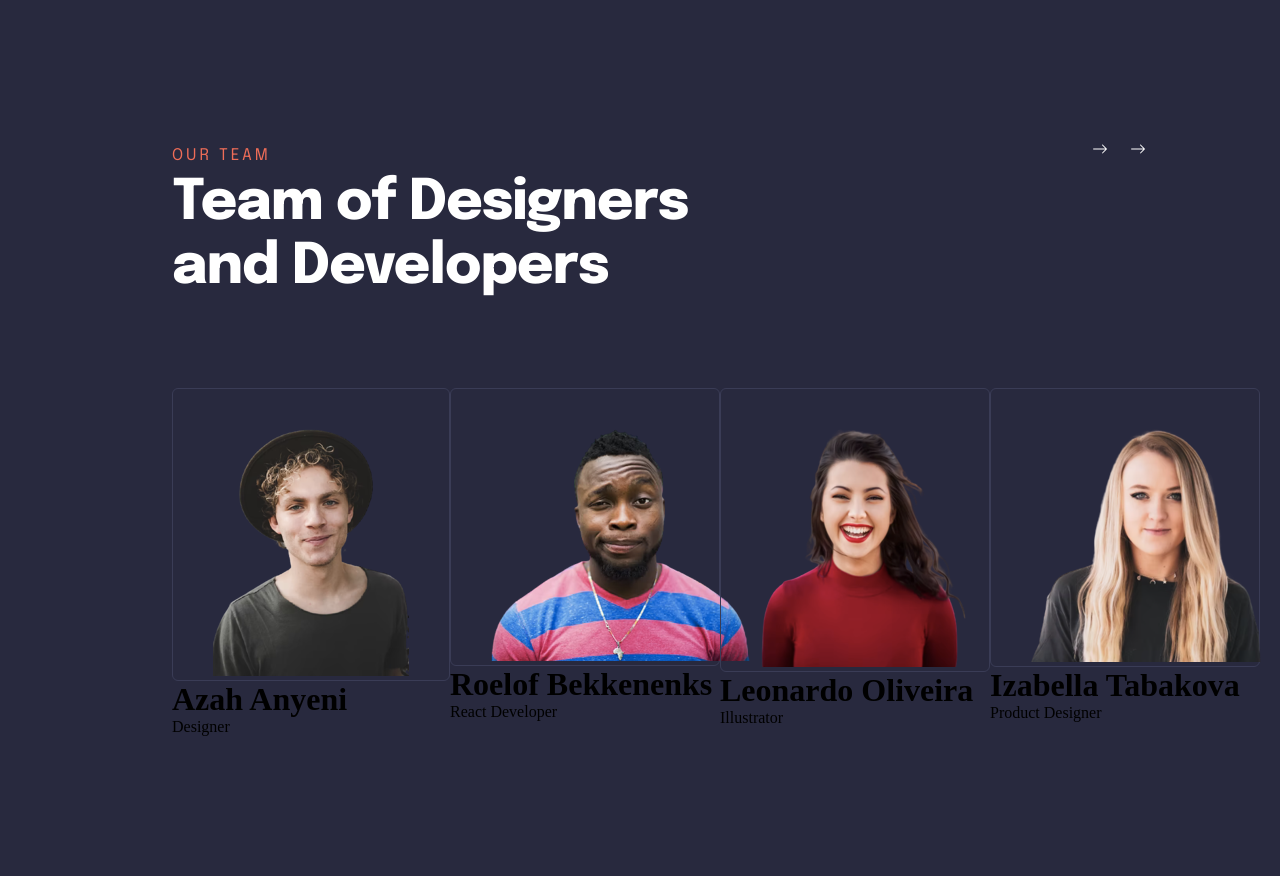
Repository: AytacJafarova/web-site
Page: index.html
These files come from the project's save history. The page is drawn as it stood at one moment and after a run of saves; the edit follows.
The browser window is 1280 px wide. The pictures show the whole page.

Above is the page before, as saved 2023-08-15 14:41:30.

### index.html
<!DOCTYPE html>
<html lang="en">

<head>
    <meta charset="UTF-8">
    <meta name="viewport" content="width=device-width, initial-scale=1.0">
    <title>Document</title>
    <link rel="stylesheet" href="/index.css">
</head>

<body>
    <div class="container">
        <div class="our-team">
            <div class="team-texts">
                <h1>Our Team</h1>
                <h2>Team of Designers <br>and Developers</h2>
            </div>
            <div class="team-images">
                <div class="right">
                    <img src="/team images/Path.svg" alt="">
                    <img src="/team images/Path (1).svg" alt="">
                </div>
            </div>
        </div>
        <div class="developers">
            <ul>
                <li>
                    <div class="img1">
                        <div class="border">
                            <img src="./team images/Bitmap.svg" alt="">
                        </div>
                    </div>
                    <div class="texts">
                        <h1>Azah Anyeni </h1>
                        <p>Designer</p>
                    </div>
                </li>
                <li>
                    <div class="img2">
                        <div class="border">
                            <img src="./team images/Bitmap (1).svg" alt="">
                        </div>
                        <div class="texts">
                            <h1>Roelof Bekkenenks</h1>
                            <p>React Developer</p>
                        </div>
                </li>
                <li>
                    <div class="img3">
                        <div class="border">
                            <img src="./team images/Bitmap (2).svg" alt="">
                        </div>
                    </div>
                    <div class="texts">
                        <h1>Leonardo Oliveira </h1>
                        <p>Illustrator</p>
                    </div>
                </li>
                <li>
                    <div class="img4">
                        <div class="border">
                            <img src="./team images/Bitmap (3).svg" alt="">
                        </div>
                    </div>
                    <div class="texts">
                        <h1>Izabella Tabakova</h1>
                        <p>Product Designer</p>
                    </div>
                </li>
            </ul>
        </div>
    </div>
</body>

</html>

### index.css
@import url("https://fonts.googleapis.com/css2?family=Epilogue:wght@400;800&display=swap");
* {
  margin: 0;
  padding: 0;
  box-sizing: border-box;
}
.container {
  padding: 140px 135px 140px 172px;
  background: #28293e;
}
.our-team {
  display: flex;
  justify-content: space-between;
}
.our-team .team-texts h1 {
  color: var(--text-light-accent, #ef6d58);
  font-feature-settings: "clig" off, "liga" off;
  font-family: Epilogue;
  font-size: 16px;
  font-style: normal;
  font-weight: 400;
  line-height: 32px;
  letter-spacing: 3px;
  text-transform: uppercase;
}
.our-team .team-texts h2 {
  color: var(--text-light, #fff);
  font-feature-settings: "clig" off, "liga" off;
  font-family: Epilogue;
  font-size: 56px;
  font-style: normal;
  font-weight: 800;
  line-height: 64px;
  letter-spacing: -1px;
}
.team-images .right img {
  margin-left: 20px;
}
.developers {
  margin-top: 88px;
}
.developers ul {
  display: flex;
  justify-content: space-between;
}
.developers ul li {
  list-style-type: none;
}
.developers ul li .img1 img {
  width: 196px;
  height: 247px;
}
.developers ul li .img1 .border {
  padding: 40px 40px 0 40px;
  border-radius: 6px;
  border: 1px solid #3a3c56;
}
.developers ul li .img2 img {
  width: 259px;
  height: 232px;

}
.developers ul li .img2 .border {
  padding: 40px 40px 0 40px;
  width: 270px;
  border-radius: 6px;
  border: 1px solid #3a3c56;
}
.developers ul li .img3 img {
  width: 205px;
  height: 238px;
  flex-shrink: 0;
}
.developers ul li .img3 .border {
  padding: 40px 40px 0 40px;
  width: 270px;
  border-radius: 6px;
  border: 1px solid #3a3c56;
}
.developers ul li .img4 img {
  width: 230px;
  height: 233px;
  flex-shrink: 0;
}
.developers ul li .img4 .border {
  padding: 40px 40px 0 40px;
  width: 270px;
  border-radius: 6px;
  border: 1px solid #3a3c56;
}

After the next 2 saves:
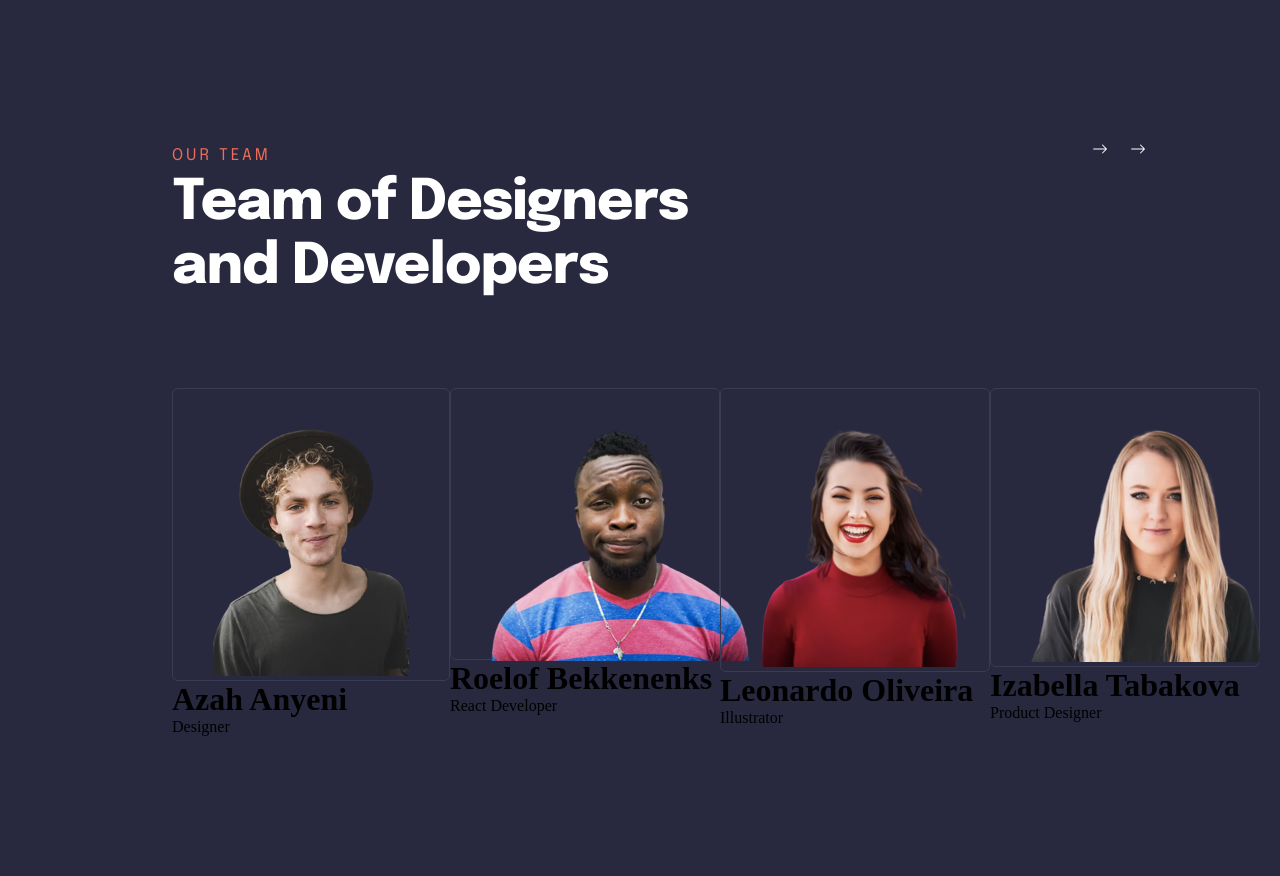
The 2 saves are shown as one change because they came seconds apart.
The last was saved 47 s later.
--- a/index.css
+++ b/index.css
@@ -63,6 +63,7 @@
 .developers ul li .img2 .border {
   padding: 40px 40px 0 40px;
   width: 270px;
+  height: 272px;
   border-radius: 6px;
   border: 1px solid #3a3c56;
 }
